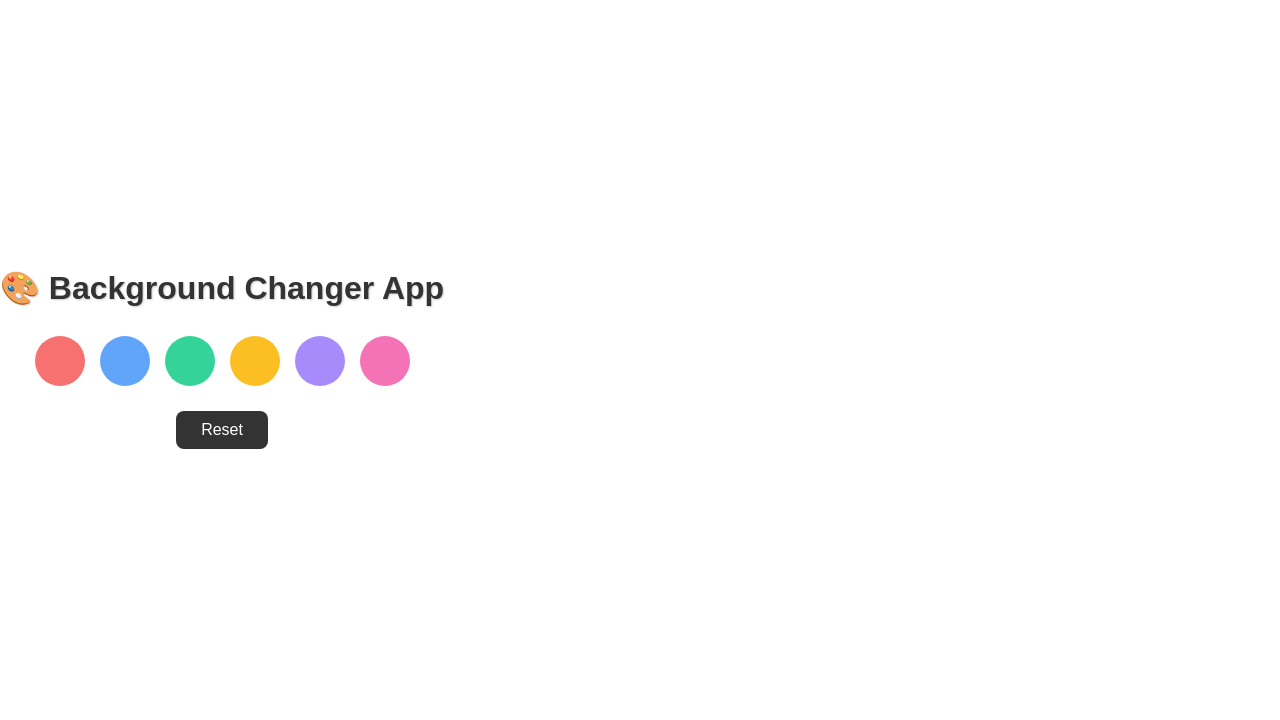
Repository: HanzlaAlvi/Magic-Background-Changer-
Page: /
An editor plug-in stored every save of this project. The page is shown before and after the next save, followed by the edit.
The browser window is 1280 px wide. The pictures show the whole page.
The project was rebuilt for these pictures with package versions that can differ from the ones it lists, and the page was loaded fresh each time. Also part of the build but not shown: vite.config.js.

Above is the page before, as saved 2025-10-14 23:41:54.

### src/App.jsx
import React, { useState } from "react";
import "./App.css";

function App() {
  const [bgColor, setBgColor] = useState("#ffffff");

  const colors = ["#f87171", "#60a5fa", "#34d399", "#fbbf24", "#a78bfa", "#f472b6"];

  const changeBackground = (color) => {
    setBgColor(color);
  };

  return (
    <div className="app" style={{ backgroundColor: bgColor }}>
      <h1 className="title">🎨 Background Changer App</h1>
      <div className="button-container">
        {colors.map((color, index) => (
          <button
            key={index}
            className="color-btn"
            style={{ backgroundColor: color }}
            onClick={() => changeBackground(color)}
          ></button>
        ))}
      </div>
      <button className="reset-btn" onClick={() => setBgColor("#ffffff")}>
        Reset
      </button>
    </div>
  );
}

export default App;

### src/App.css
* {
  margin: 0;
  padding: 0;
  box-sizing: border-box;
  font-family: "Poppins", sans-serif;
}

.app {
  height: 100vh;
  display: flex;
  flex-direction: column;
  justify-content: center;
  align-items: center;
  transition: background-color 0.5s ease;
}

.title {
  font-size: 2rem;
  margin-bottom: 30px;
  color: #333;
  text-shadow: 1px 1px 2px rgba(0, 0, 0, 0.2);
}

.button-container {
  display: flex;
  gap: 15px;
  margin-bottom: 25px;
}

.color-btn {
  width: 50px;
  height: 50px;
  border: none;
  border-radius: 50%;
  cursor: pointer;
  transition: transform 0.3s;
}

.color-btn:hover {
  transform: scale(1.1);
}

.reset-btn {
  background-color: #333;
  color: white;
  padding: 10px 25px;
  border: none;
  border-radius: 8px;
  cursor: pointer;
  font-size: 1rem;
  transition: background-color 0.3s ease;
}

.reset-btn:hover {
  background-color: #555;
}

Loaded but not shown: index.html (common file); src/main.jsx (common file); src/index.css (common file)

After the next save:
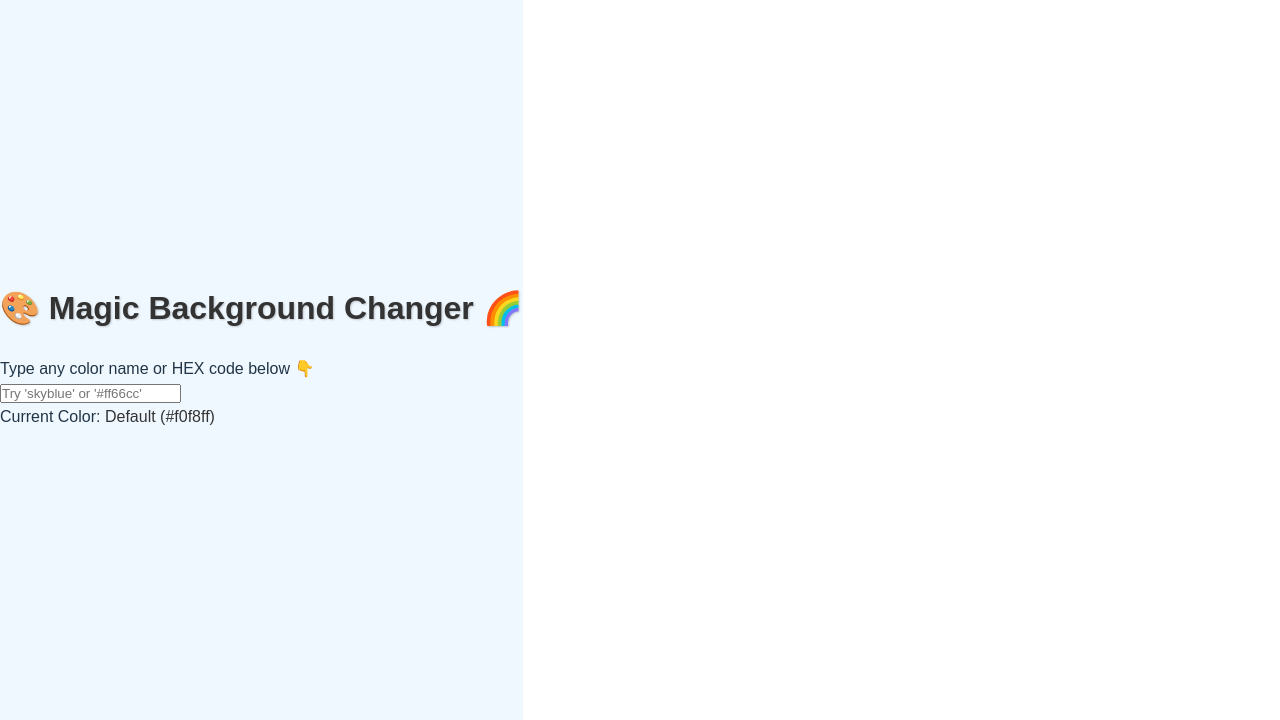
Saved 8 min 40 s later.
--- a/src/App.jsx
+++ b/src/App.jsx
@@ -2,30 +2,33 @@ import React, { useState } from "react";
 import "./App.css";
 
 function App() {
-  const [bgColor, setBgColor] = useState("#ffffff");
+  const [color, setColor] = useState("");
 
-  const colors = ["#f87171", "#60a5fa", "#34d399", "#fbbf24", "#a78bfa", "#f472b6"];
-
-  const changeBackground = (color) => {
-    setBgColor(color);
+  const handleChange = (e) => {
+    setColor(e.target.value);
   };
 
   return (
-    <div className="app" style={{ backgroundColor: bgColor }}>
-      <h1 className="title">🎨 Background Changer App</h1>
-      <div className="button-container">
-        {colors.map((color, index) => (
-          <button
-            key={index}
-            className="color-btn"
-            style={{ backgroundColor: color }}
-            onClick={() => changeBackground(color)}
-          ></button>
-        ))}
+    <div className="app" style={{ backgroundColor: color || "#f0f8ff" }}>
+      <div className="card">
+        <h1 className="title">🎨 Magic Background Changer 🌈</h1>
+        <p className="subtitle">Type any color name or HEX code below 👇</p>
+
+        <input
+          type="text"
+          value={color}
+          onChange={handleChange}
+          placeholder="Try 'skyblue' or '#ff66cc'"
+          className="color-input"
+        />
+
+        <p className="preview">
+          Current Color:{" "}
+          <span style={{ color: color || "#333" }}>
+            {color || "Default (#f0f8ff)"}
+          </span>
+        </p>
       </div>
-      <button className="reset-btn" onClick={() => setBgColor("#ffffff")}>
-        Reset
-      </button>
     </div>
   );
 }
